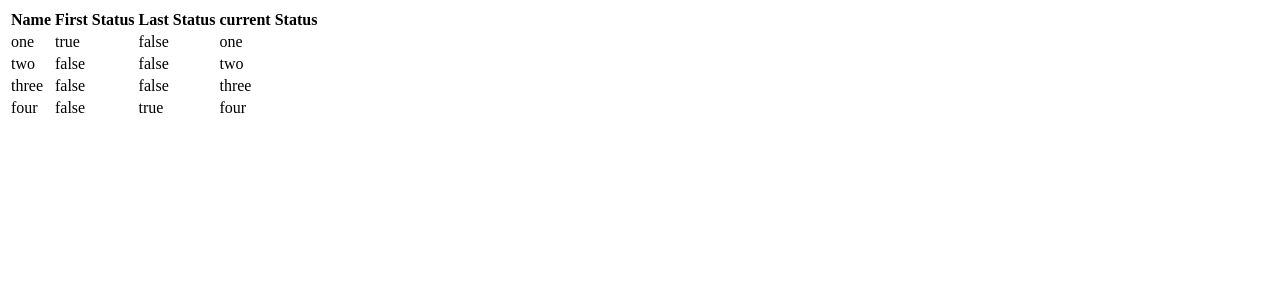
Repository: anushkammp/abc
Page: http://localhost/JSTLDemo/forEach.jsp
These files come from the project's save history. The page is drawn as it stood at one moment and after the next save; the edit follows.
The browser window is 1280 px wide. The pictures show the whole page.
The page is served by Tomcat 9.

Above is the page before, as saved 2018-08-20 09:58:40.

After the next save:
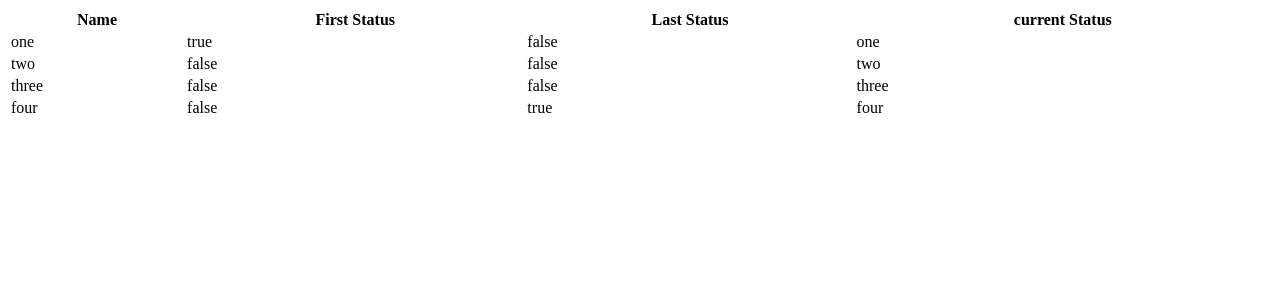
Saved 59 s later.
--- a/JSTLDemo/WebContent/forEach.jsp
+++ b/JSTLDemo/WebContent/forEach.jsp
@@ -13,7 +13,7 @@
 	String[] num={"one","two","three","four"};
 	pageContext.setAttribute("numbers",num);
 	%>
-	<table>
+	<table style="width:100%">
 	<th>Name</th><th>First Status</th><th>Last Status</th><th>current Status</th>
 		<c:forEach var="mynum" varStatus="st" items="${numbers }">
 		<tr>
